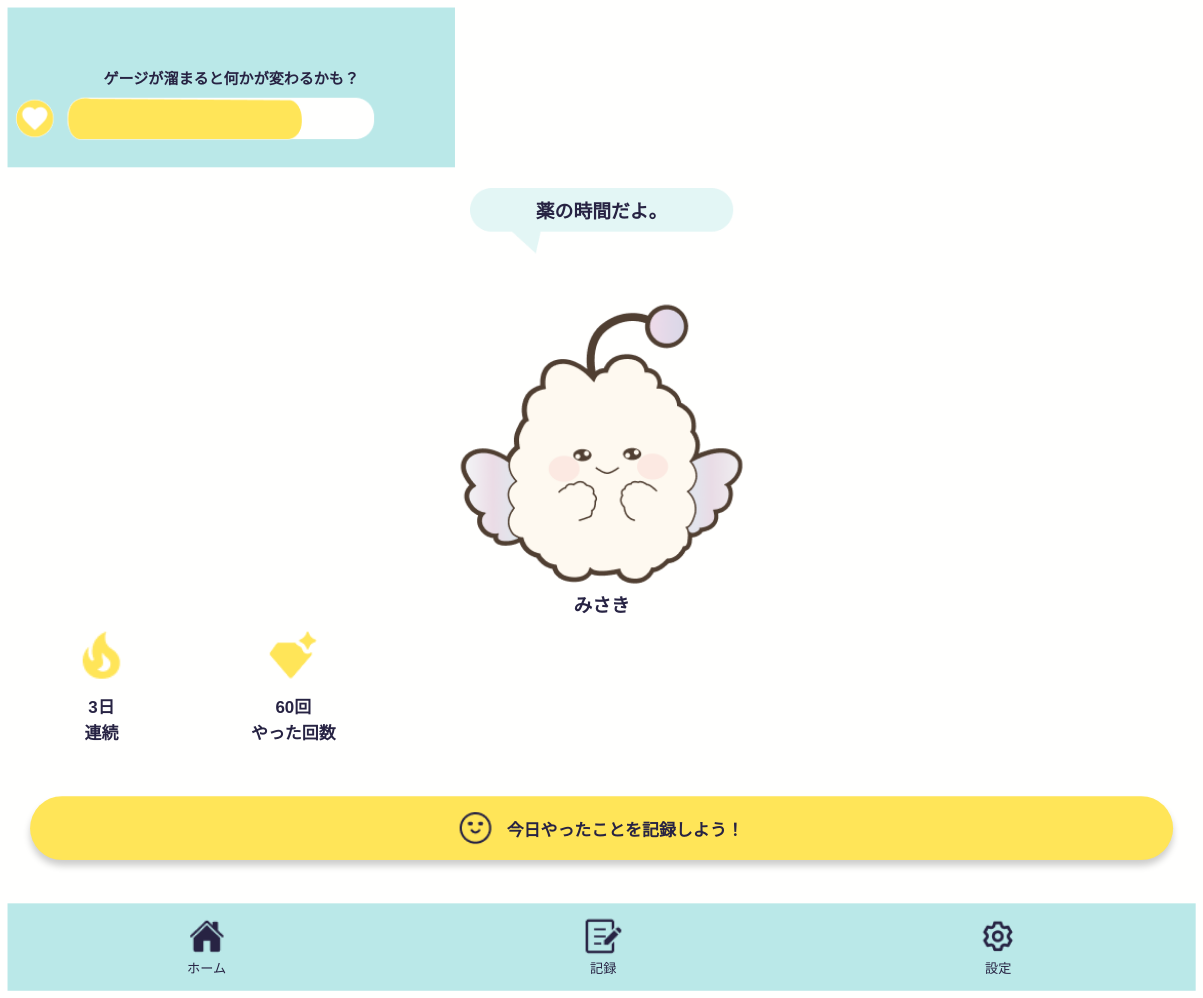
Repository: misaki0919/Self-care
Page: home_page.html
The author's editor kept a copy of each file at every save. The page is drawn from the files as they stood at one save, then again after the next save.
The browser window is 1280 px wide. The pictures show the whole page, at 94% of full size.
Some web fonts or font styles are not loaded; a fallback is used.

Above is the page before, as saved 2026-07-20 22:22:14.

### home_page.html
<!DOCTYPE html>
<html lang="jp">
<head>
    <meta charset="UTF-8">
    <meta name="viewport" content="width=device-width, initial-scale=1.0">
    <title>ホーム画面</title>
    <link href="css/home_page.css" rel="stylesheet">
    <link rel="preconnect" href="https://fonts.googleapis.com">
    <link rel="preconnect" href="https://fonts.gstatic.com" crossorigin>
    <link href="https://fonts.googleapis.com/css2?family=Archivo+Black&family=Noto+Serif+JP:wght@200..900&family=Zen+Maru+Gothic&display=swap" rel="stylesheet">

</head>
<body>
    <div class="header-wrap">
        <p class="ge-ji zen-maru-gothic-regular">ゲージが溜まると何かが変わるかも？</p>
        <section class="images-wrap-1">
            <img class="white" src="images/Ellipse 17.png" alt="黄色の丸">
            <img class="heart" src="images/heart.png" alt="ハート">
        </section>
        <section class="images-wrap-2">
            <img class="white-1" src="images/Rectangle 5.png" alt="白">
            <img class="yellow" src="images/Vector 1.png" alt="黄色">
        </section>
    </div>

    <div class="word-wrap">
        <img src="images/speech_bubble.png" alt="セリフ">
        <p class="time zen-maru-gothic-regular" >薬の時間だよ。</p>
    </div>

    <img src="images/big_sowan.png" alt="ソワンちゃん">
    <p class="name zen-maru-gothic-regular">みさき</p>

    <div class="continue-wrap">
        <img src="images/Vector.png" alt="炎">
        <p class="continue zen-maru-gothic-regular">3日<br>連続</p>
    </div>

    <div class="did-wrap">
        <img src="images/kira.png" alt="ダイヤモンド">
        <p class="did zen-maru-gothic-regular">60回<br>やった回数</p>
    </div>

    <div class="record-wrap">
        <a href="record.html">
            <img src="images/smile.png" alt="笑顔">
            <p class="today-record zen-maru-gothic-regular">今日やったことを記録しよう！</p>
        </a>
    </div>

    <div class="footer-wrap">
        <div class="home">
            <img src="images/home.png" alt="ホーム">
            <p>ホーム</p>
        </div>
        <div class="record">
            <img src="images/record.png" alt="記録">
            <p>記録</p>
        </div>
        <div class="setting">
            <img src="images/setting.png" alt="設定">
            <p>設定</p>
        </div>
    </div>
</body>
</html>

### css/home_page.css
body{
    background-color: #FFFFFE;
    color: #272343;
    /* padding-left: 24px;
    padding-right: 24px; */
}
.zen-maru-gothic-regular {
    font-family: "Zen Maru Gothic", sans-serif;
    font-weight: 600;
    font-style: normal;
}
/* .header-wrap{
    background-color: #BAE8E8;
    width: 428px;
    height: 170px;
    .ge-ji{
        text-align: center;
        padding: 69px;
        font-size: 14px;
    }
    .images-wrap-1{
        background-color: tomato;

    }
} */


.header-wrap{
    background:#BAE8E8;
    padding:30px 24px;
    width: 428px;
}

.ge-ji{
    font-size:16px;
    padding-top: 16px;
    margin-bottom:12px;
    text-align: center;
}

.images-wrap-1{
    display:flex;
    align-items:center;
    margin-bottom:-42px;
    position:relative;
    z-index:2;
    margin-left: -15px;

    .white{
        width: 40px;
        height:40px;
        /* background-color: tomato; */
    }
    .heart{
        width: 32px;
        position:absolute;
        left:4px;

    /* background-color: tomato; */
    }
}

.images-wrap-2{
    position:relative;
    .white-1{
        width: 326px;
        display:block;
        margin-left: 40px;
    }
    .yellow{
        position:absolute;
        left:0;
        top:0;
        width: 250px;
        margin-left: 40px;

    }
}



.word-wrap{
    position:relative;
    width:280px;
    margin:22px auto 46px;
}

.word-wrap img{
    width:100%;
    display:block;
}

.time{
    position:absolute;
    bottom:40px;
    left:50%;
    transform:translateX(-50%);
    margin:0;
    font-size:20px;
    font-weight:bold;
}

body>img{
    width:300px;
    display:block;
    margin:0 auto;
    /* background-color: tomato; */
}

.name{
    font-size:20px;
    margin-top:7px;
    margin-bottom:0;
    text-align: center;
}


.continue-wrap,
.did-wrap{
    width:120px;
    display:inline-flex;
    flex-direction:column;
    align-items:center;
    text-align: center;
    margin-top: 15px;
}

.continue-wrap{
    margin-left:40px;

}

.did-wrap{
    margin-left:80px;
}

.continue-wrap img{
    width:40px;
    margin-bottom:0px;

}
.did-wrap img{
    width: 50px;
    height: 50px;
    margin-bottom: 0px;
}

.continue,
.did{
    font-size:18px;
    line-height:1.5;

}

.record-wrap{
    margin:35px 24px 46px;
}

.record-wrap a{
    background:#FFE558;
    border-radius:50px;
    height:68px;
    display:flex;
    align-items:center;
    justify-content:center;
    text-decoration:none;
    color:#272343;
    box-shadow:0 6px 8px rgba(0,0,0,.2);
}

.record-wrap img{
    width:34px;
    margin-right:16px;
}

.today-record{
    font-size:18px;
    font-weight:bold;
}

.footer-wrap{
    background:#BAE8E8;
    height:93px;
    display:flex;
    justify-content:space-around;
    align-items:center;
    text-align: center;
}

.footer-wrap div{
    display:flex;
    flex-direction:column;
    align-items:center;
    color:#272343;
}

.footer-wrap img{
    width:38px;
    margin-bottom:4px;
}

.footer-wrap p{
    margin:0;
    font-size:14px;
}

After the next save:
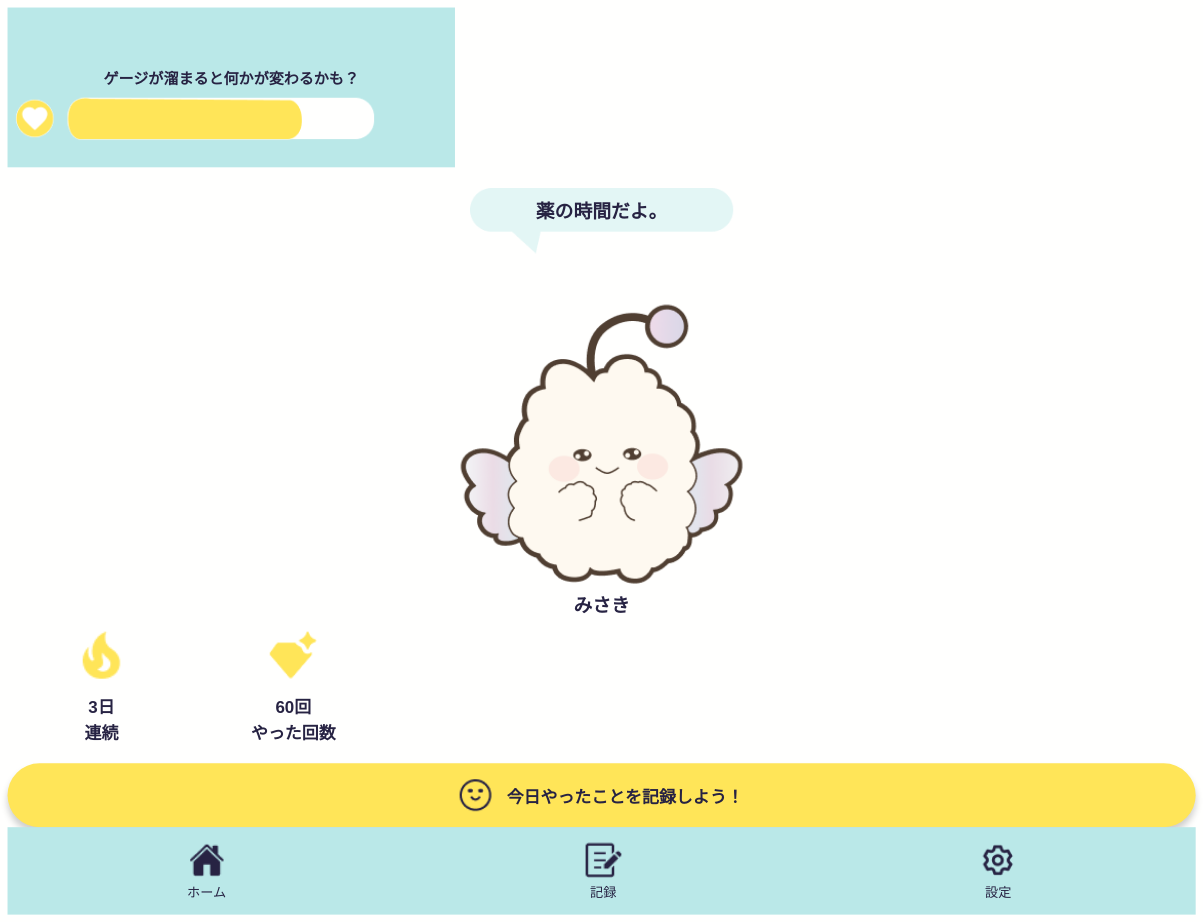
Saved 2 min 17 s later.
--- a/css/home_page.css
+++ b/css/home_page.css
@@ -153,7 +153,8 @@ body>img{
 }
 
 .record-wrap{
-    margin:35px 24px 46px;
+    margin:px 24px 46px;
+
 }
 
 .record-wrap a{

After the save that followed:
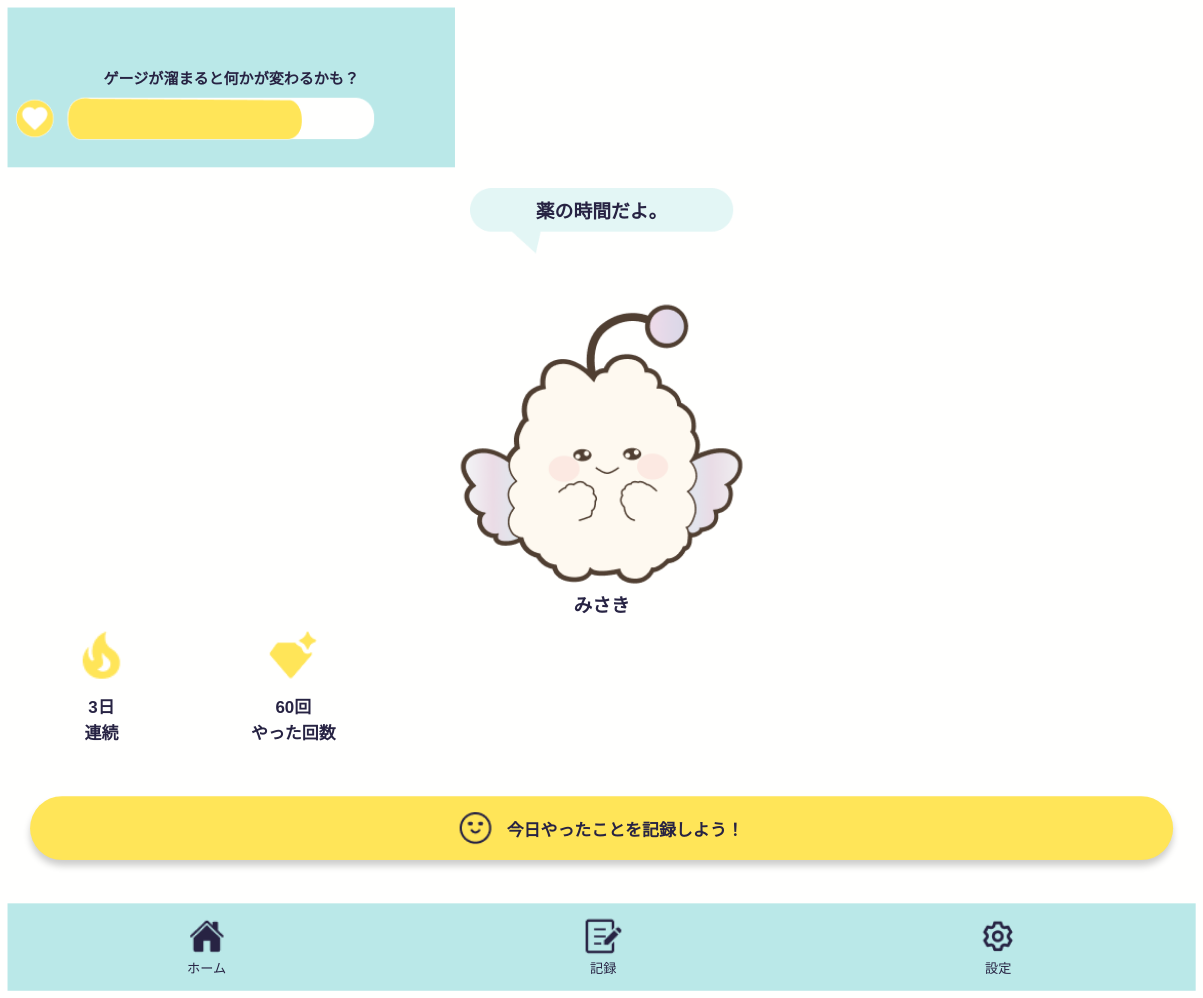
Saved 9 s later.
--- a/css/home_page.css
+++ b/css/home_page.css
@@ -153,7 +153,7 @@ body>img{
 }
 
 .record-wrap{
-    margin:px 24px 46px;
+    margin:35px 24px 46px;
 
 }
 
